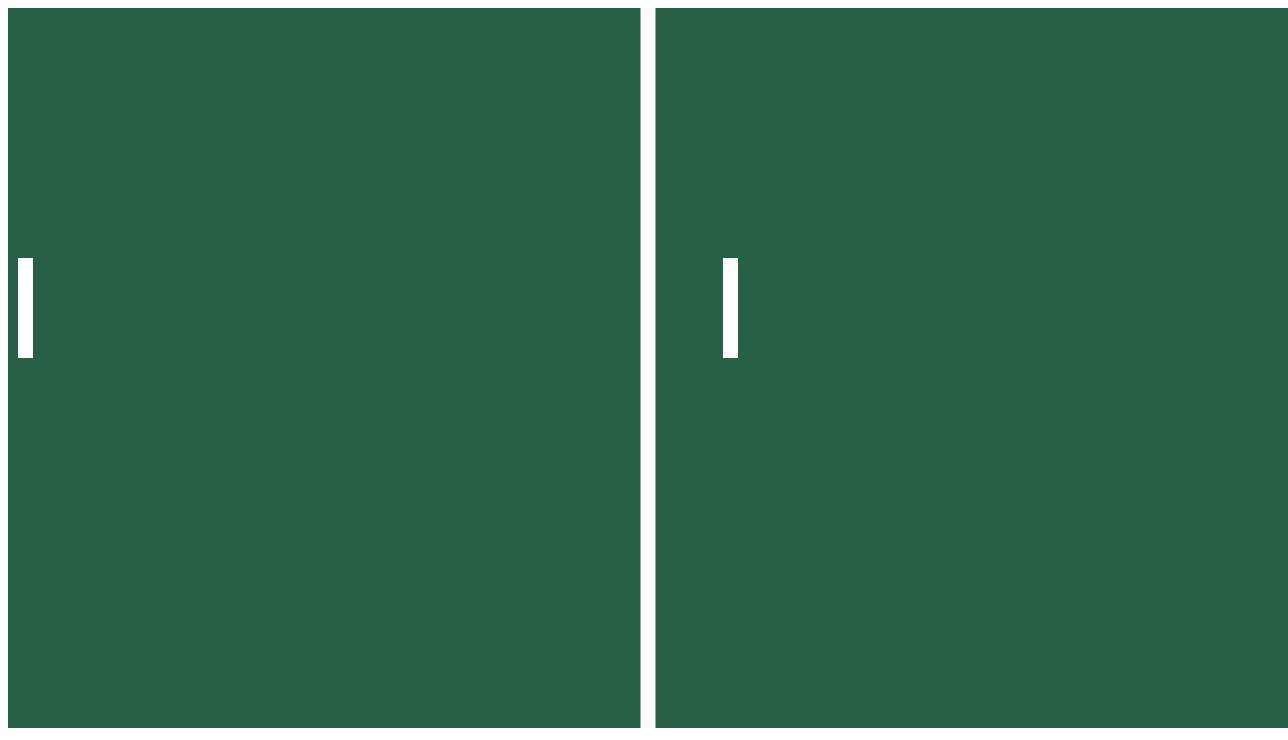
Repository: luizgaivaa/Game
Page: index.html
These files come from the project's save history. The page is drawn as it stood at one moment and after the next save; the edit follows.
The browser window is 1280 px wide. The page is 1288 px wide, so the pictures cover 1288 px, including what lies to the right of the window. The pictures show the whole page.

Above is the page before, as saved 2024-03-26 16:08:23.

After the next save:
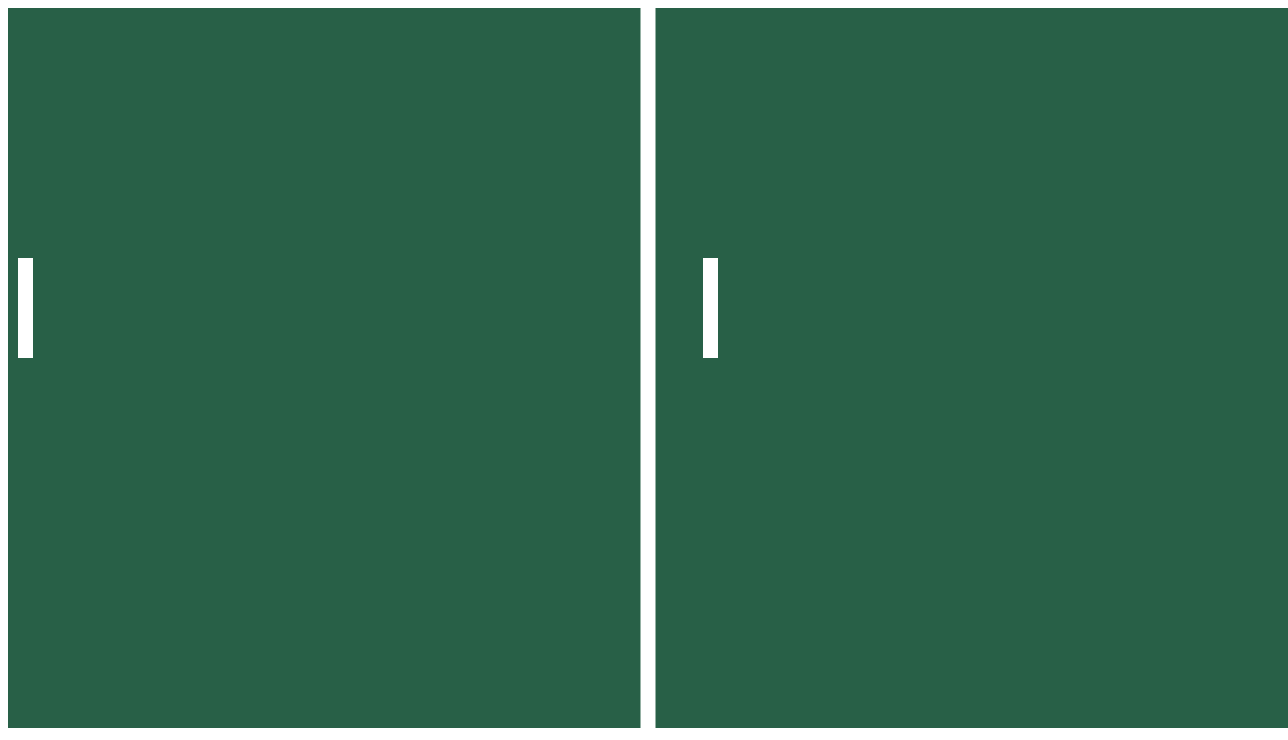
Saved 7 s later.
--- a/index.html
+++ b/index.html
@@ -32,7 +32,7 @@
             canvasCtx.fillRect(10,250,lineWidth,100)
 
             //raquete direita
-            canvasCtx.fillRect(window.innerHeight - lineWidth + 10, 250, lineWidth, 100)
+            canvasCtx.fillRect(window.innerHeight - lineWidth - 10, 250, lineWidth, 100)
 
         }
         setup()

After the 2 saves that followed:
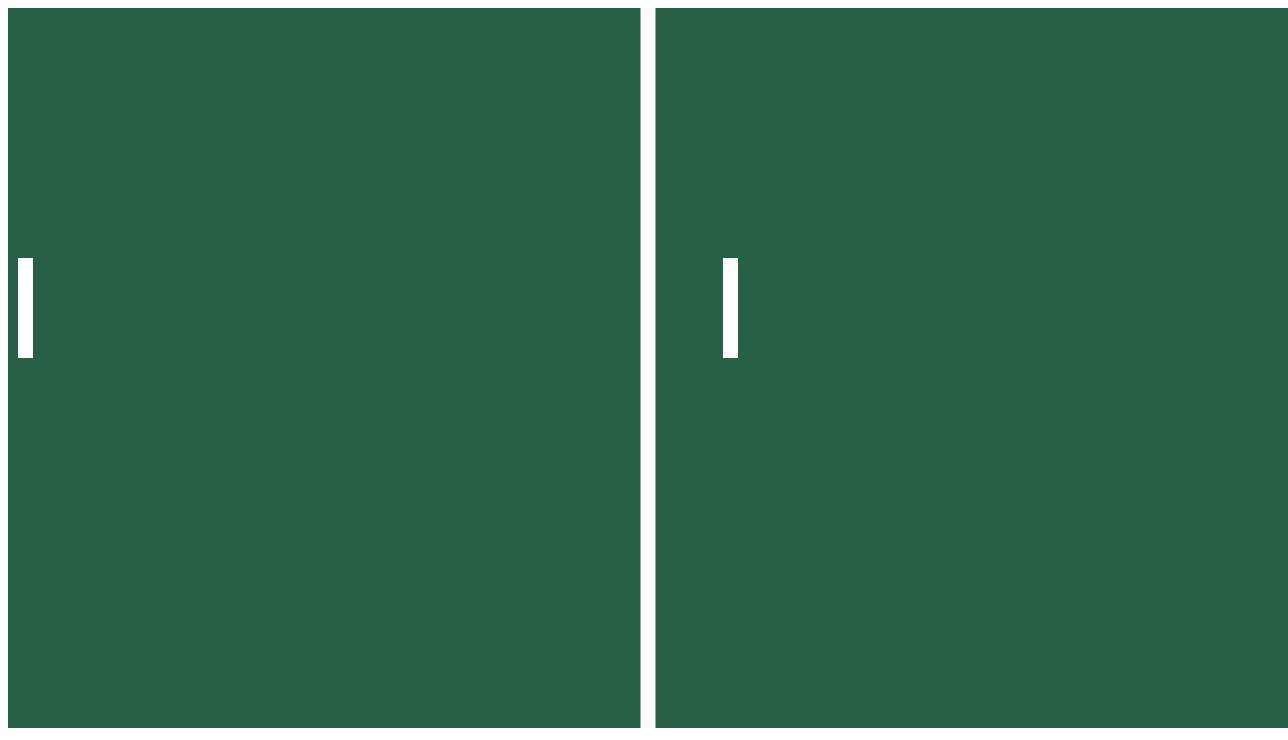
The 2 saves are shown as one change because they came seconds apart.
The last was saved 5 s later.
--- a/index.html
+++ b/index.html
@@ -32,7 +32,7 @@
             canvasCtx.fillRect(10,250,lineWidth,100)
 
             //raquete direita
-            canvasCtx.fillRect(window.innerHeight - lineWidth - 10, 250, lineWidth, 100)
+            canvasCtx.fillRect(window.innerHeight - lineWidth + 10, 250, lineWidth, 100)
 
         }
         setup()
